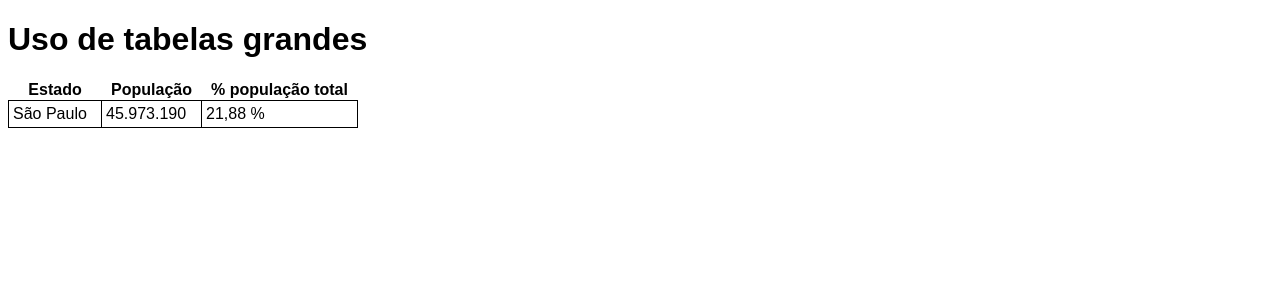
Repository: railsondev/html-css
Page: Módulo3/Exercicios/Ex02 - Tabelas/tabela002.html
The author's editor kept a copy of each file at every save. The page is drawn from the files as they stood at one save, then again after the next save.
The browser window is 1280 px wide. The pictures show the whole page.

Above is the page before, as saved 2024-10-18 18:04:33.

After the next save:
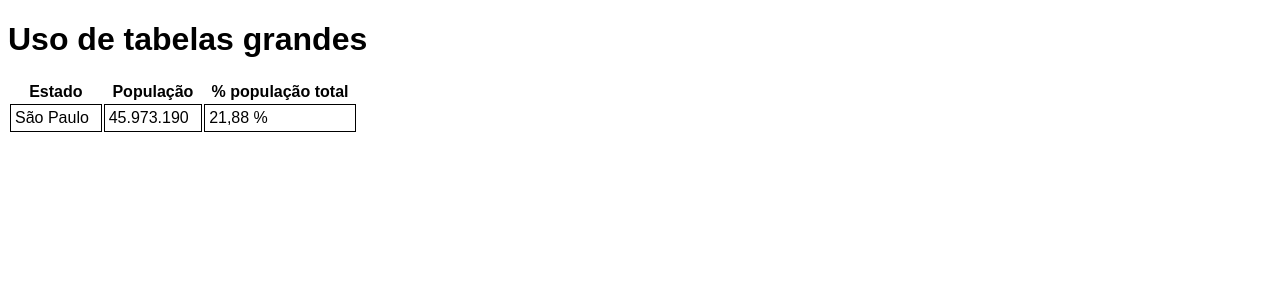
Saved 12 s later.
--- a/Módulo3/Exercicios/Ex02 - Tabelas/src/css/estilo01.css
+++ b/Módulo3/Exercicios/Ex02 - Tabelas/src/css/estilo01.css
@@ -9,7 +9,7 @@ body {
 
 table {
   width: 350px;
-  border-collapse: collapse;
+  /* border-collapse: collapse; */
 }
 td {
   border: 1px solid black;
